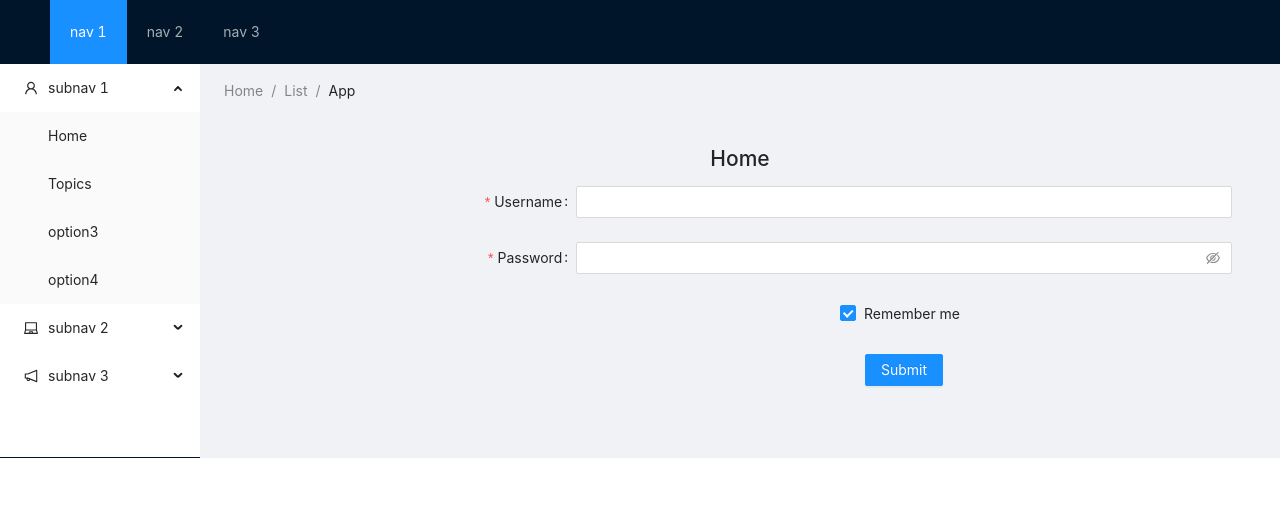
Repository: x213212/sharejobpool
Page: /
An editor plug-in stored every save of this project. The page is shown before and after the next save, followed by the edit.
The browser window is 1280 px wide. The pictures show the whole page.
The project was rebuilt for these pictures with package versions that can differ from the ones it lists, and the page was loaded fresh each time. Also part of the build but not shown: src/index.css, src/components/CommandButton/CommandButton.js.

Above is the page before, as saved 2020-06-21 20:44:24.

### src/index.js
import React from 'react';
import ReactDOM from 'react-dom';

import './index.css';
import App from './App';
import * as serviceWorker from './serviceWorker';
import 'antd/dist/antd.css';
import { BrowserRouter } from "react-router-dom";
ReactDOM.render(
  <React.StrictMode>
    <BrowserRouter><App /></BrowserRouter>

  </React.StrictMode>,
  document.getElementById('root')
);

// If you want your app to work offline and load faster, you can change
// unregister() to register() below. Note this comes with some pitfalls.
// Learn more about service workers: https://bit.ly/CRA-PWA
serviceWorker.unregister();

### src/App.js
import React from 'react';
import logo from './logo.svg';
import './App.css';
import { render } from '@testing-library/react';
import CommandButton from './components/CommandButton/CommandButton'
import CommandHome from './components/CommandHome/CommandHome'
import { Component } from 'react'
import { Layout, Menu, Breadcrumb } from 'antd';
import { UserOutlined, LaptopOutlined, NotificationOutlined } from '@ant-design/icons';
import {
  BrowserRouter as Router,
  Switch,
  Route,
  Link
} from "react-router-dom";
import { useHistory } from "react-router-dom";

const { SubMenu } = Menu;
const { Header, Content, Sider } = Layout;
export default class App extends Component {

  constructor(props) {
    super(props)

    this.state = {
      comments: [
        { username: 'test', content: 'test' },
        { username: 'test2', content: 'testhaha' }

      ]
    }

  }

  render() {

    return (




        <div className="App">
          <Layout>
            <Header className="header">
              <div className="logo" />
              <Menu theme="dark" mode="horizontal" defaultSelectedKeys={['1']}>
                <Menu.Item key="1">nav 1</Menu.Item>
                <Menu.Item key="2">nav 2</Menu.Item>
                <Menu.Item key="3">nav 3</Menu.Item>
              </Menu>
            </Header>
            <Layout>
              <Sider width={200} className="site-layout-background">
                <Menu
                  mode="inline"
                  defaultSelectedKeys={['0']}
                  defaultOpenKeys={['sub1']}
                  style={{ height: '100%', borderRight: 0 }}
                >
                  <SubMenu key="sub1" icon={<UserOutlined />} title="subnav 1">
                    <Menu.Item key="1"><Link to="/">Home</Link></Menu.Item>

                    <Menu.Item key="2"><Link to="/topics">Topics</Link></Menu.Item>
                    <Menu.Item key="3">option3</Menu.Item>
                    <Menu.Item key="4">option4</Menu.Item>
                  </SubMenu>
                  <SubMenu key="sub2" icon={<LaptopOutlined />} title="subnav 2">
                    <Menu.Item key="5">option5</Menu.Item>
                    <Menu.Item key="6">option6</Menu.Item>
                    <Menu.Item key="7">option7</Menu.Item>
                    <Menu.Item key="8">option8</Menu.Item>
                  </SubMenu>
                  <SubMenu key="sub3" icon={<NotificationOutlined />} title="subnav 3">
                    <Menu.Item key="9">option9</Menu.Item>
                    <Menu.Item key="10">option10</Menu.Item>
                    <Menu.Item key="11">option11</Menu.Item>
                    <Menu.Item key="12">option12</Menu.Item>
                  </SubMenu>
                </Menu>
              </Sider>
              <Layout style={{ padding: '0 24px 24px' }}>
                <Breadcrumb style={{ margin: '16px 0' }}>
                  <Breadcrumb.Item>Home</Breadcrumb.Item>
                  <Breadcrumb.Item>List</Breadcrumb.Item>
                  <Breadcrumb.Item>App</Breadcrumb.Item>
                </Breadcrumb>
                <Content
                  className="site-layout-background"
                  style={{
                    padding: 24,
                    margin: 0,
                    minHeight: 280,
                  }}
                >
                  <Switch>
                    <Route exact path="/">
                    <h2>Home</h2>
                    <CommandHome />
                    </Route>
                    <Route path="/topics">
                    <h2>topics</h2>
                    <CommandButton />
                    </Route>
                  </Switch>

                </Content>
              </Layout>
            </Layout>
          </Layout>


        </div>

    );
  }
}

### src/App.css
.App {
  text-align: center;
}

.App-logo {

  pointer-events: none;
}

@media (prefers-reduced-motion: no-preference) {
  .App-logo {
    animation: App-logo-spin infinite 20s linear;
  }
}

.App-header {
  background-color: #282c34;

  display: flex;
  flex-direction: column;
  align-items: center;
  justify-content: center;
  font-size: calc(10px + 2vmin);
  color: white;
}

.App-link {
  color: #61dafb;
}

@keyframes App-logo-spin {
  from {
    transform: rotate(0deg);
  }
  to {
    transform: rotate(360deg);
  }
}

### src/components/CommandHome/CommandHome.js
import React from 'react';
import { Component } from 'react'
import { Form, Input, Button, Checkbox } from 'antd';

const onFinish = values => {
   console.log('Success:', values);

   // const history = useHistory();

   // history.push("/home");
 };

 const onFinishFailed = errorInfo => {
   console.log('Failed:', errorInfo);
 };
 const layout = {
   labelCol: { span: 8 },
   wrapperCol: { span: 16 },
 };
 const tailLayout = {
   wrapperCol: { offset: 8, span: 16 },
 };
export default class CommandHome extends Component {
   constructor(props) {
      super(props)
      this.state = {value: ''};

      this.handleChange = this.handleChange.bind(this);
      this.handleSubmit = this.handleSubmit.bind(this);
   }

// log({ name });

   handleChange(event) {
      this.setState({value: event.target.value});
      //  const history = useHistory();

      //  history.push("/home");
    }

    handleSubmit(event) {
      alert('A name was submitted: ' + this.state.value);
      event.preventDefault();
    }
   render() {

      // let objLists = []
      // [{id:'a',list:'打文章'},{id:'b',list:'寫程式'},{id:'c',list:'耍廢'}]
      // for (let i = 0; i < 10; i++) {
      //    objLists.push({ id: i, list: i + "test" })
      // }

      // let lists = objLists.map((list) => <Button key={list.id} id={list.id} onClick={() => this.sayHello(list.list)} >{list.list}</Button>)

      return (
         <Form
           {...layout}
           name="basic"
           initialValues={{ remember: true }}
           onFinish={onFinish}
           onFinishFailed={onFinishFailed}
         >
           <Form.Item
             label="Username"
             name="username"
             rules={[{ required: true, message: 'Please input your username!' }]}
           >
             <Input />
           </Form.Item>

           <Form.Item
             label="Password"
             name="password"
             rules={[{ required: true, message: 'Please input your password!' }]}
           >
             <Input.Password />
           </Form.Item>

           <Form.Item {...tailLayout} name="remember" valuePropName="checked">
             <Checkbox>Remember me</Checkbox>
           </Form.Item>

           <Form.Item {...tailLayout}>
             <Button type="primary" htmlType="submit">
               Submit
             </Button>
           </Form.Item>
         </Form>
       );
   }
}

Loaded but not shown: public/index.html (common file); src/serviceWorker.js (common file)

After the next save:
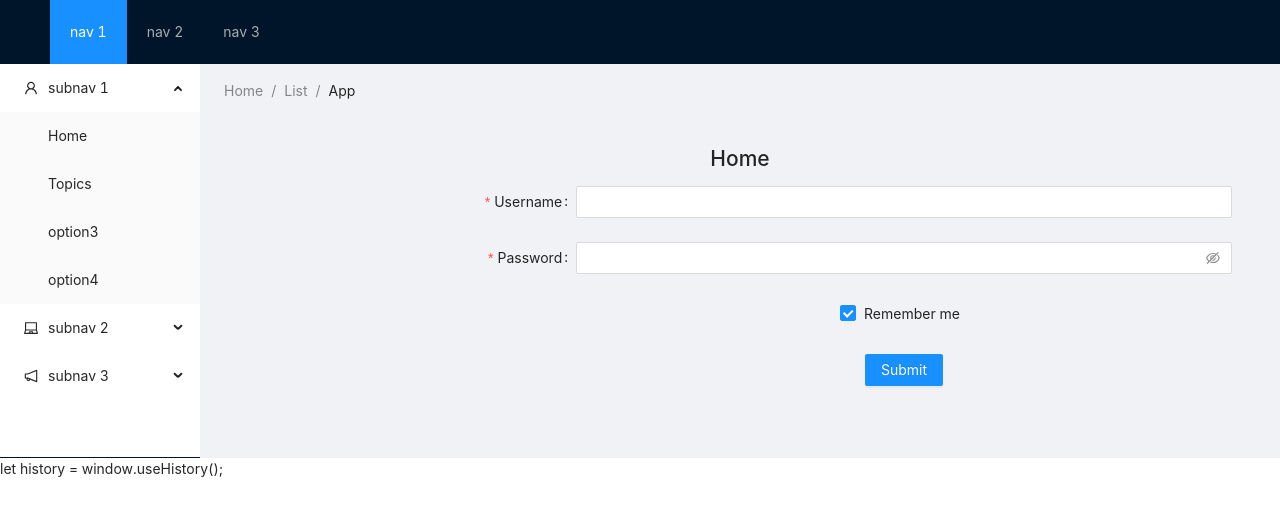
Saved 2 s later.
--- a/src/index.js
+++ b/src/index.js
@@ -9,6 +9,7 @@
 ReactDOM.render(
   <React.StrictMode>
     <BrowserRouter><App /></BrowserRouter>
+    let history  =  window.useHistory();
 
   </React.StrictMode>,
   document.getElementById('root')

After the 5 saves that followed:
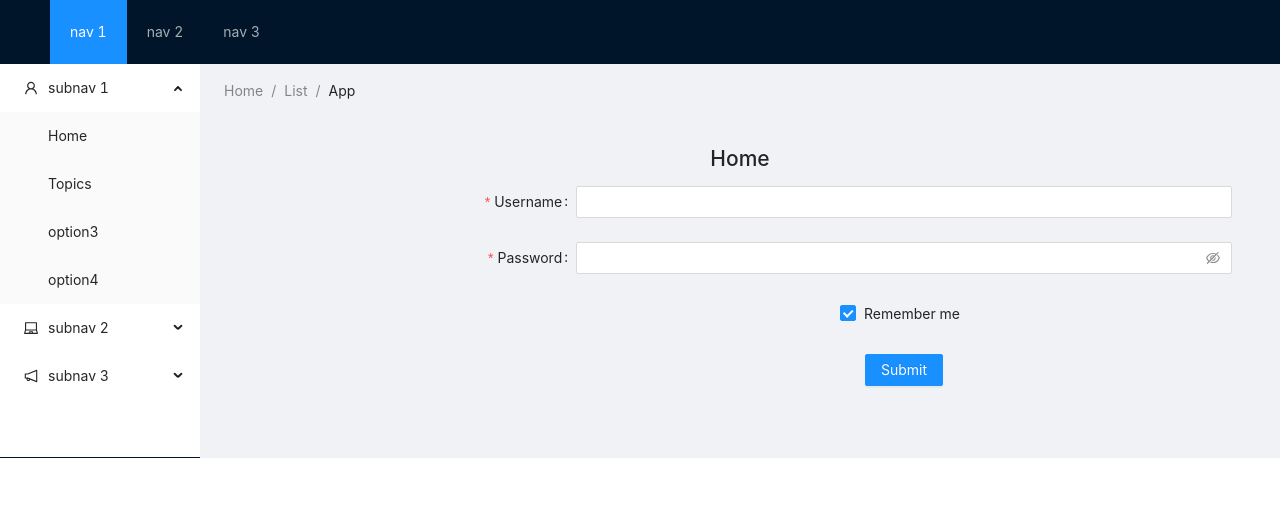
The 5 saves are shown as one change because 3 did not build or start and some came seconds apart.
The last was saved 65 s later.
--- a/src/index.js
+++ b/src/index.js
@@ -6,10 +6,10 @@
 import * as serviceWorker from './serviceWorker';
 import 'antd/dist/antd.css';
 import { BrowserRouter } from "react-router-dom";
+
 ReactDOM.render(
   <React.StrictMode>
     <BrowserRouter><App /></BrowserRouter>
-    let history  =  window.useHistory();
 
   </React.StrictMode>,
   document.getElementById('root')
